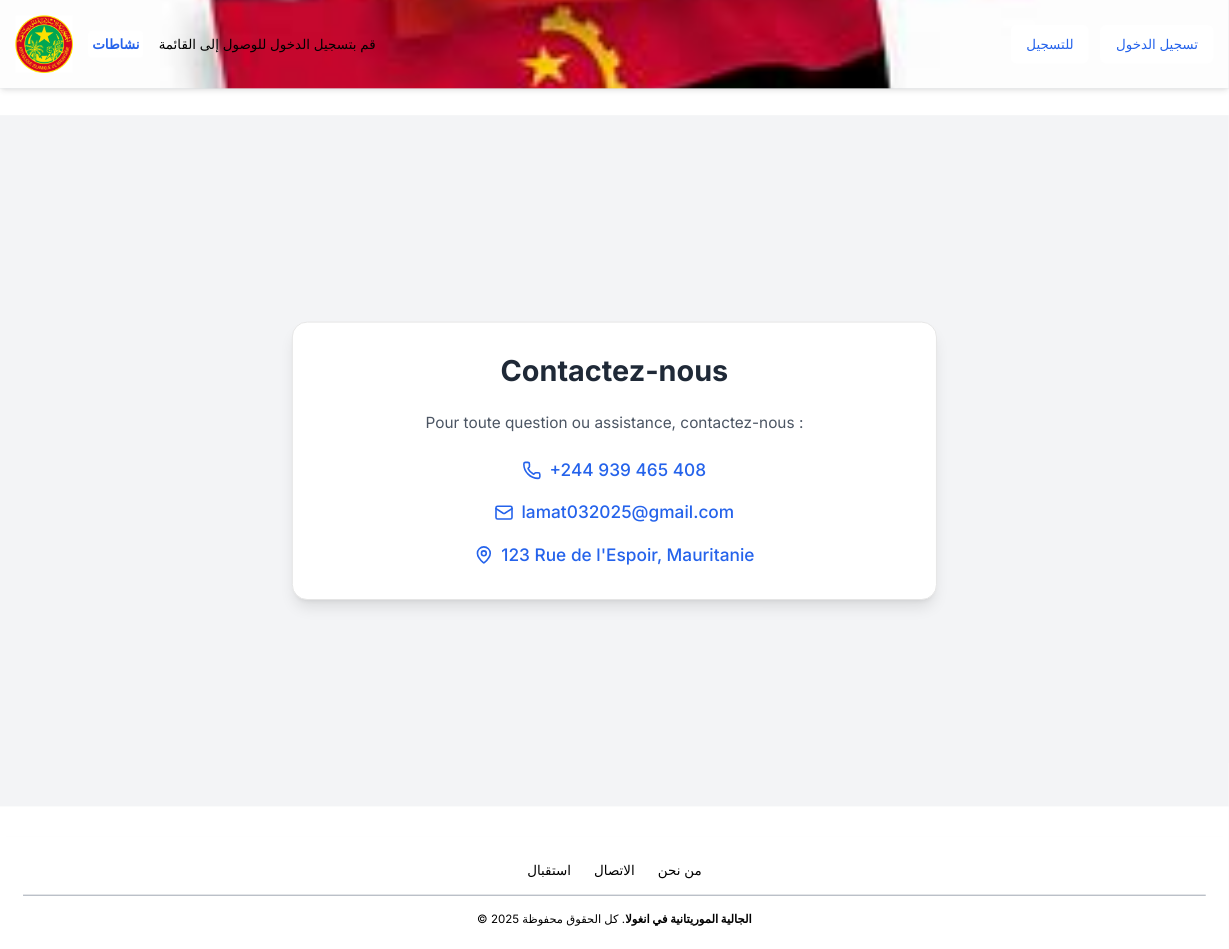
Repository: lamatmed/cmra
Page: /contact
The author's editor kept a copy of each file at every save. The page is drawn from the files as they stood at one save, then again after the next save.
The browser window is 1280 px wide. The pictures show the whole page, at 96% of full size.
The project was rebuilt for these pictures with package versions that can differ from the ones it lists, and the page was loaded fresh each time. The framework's server and built-in components were replaced by stand-ins that run in the browser. Also part of the build but not shown: next.config.js, components/ui/dropdown-menu.tsx.

Above is the page before, as saved 2025-04-12 20:02:22.

### app/layout.tsx
import "./globals.css";
import type { Metadata } from "next";
import { Inter } from "next/font/google";
import { AuthProvider } from "@/components/AuthContext";
import NavBar from "@/components/NavBar";
import { Toaster } from "@/components/ui/toaster";
import Footer from "@/components/Footer";

const inter = Inter({ subsets: ["latin"] });

export const metadata: Metadata = {
  title: "الجالية الموريتانية في انغولا",
  description: "Application",
  icons: "/logo.png",
};

export default function RootLayout({
  children,
}: {
  children: React.ReactNode;
}) {
  return (
    <html lang="fr" className={inter.className} suppressHydrationWarning>
      <body className="flex flex-col min-h-screen">
        <AuthProvider>
          <NavBar />
          <main className="flex-grow mt-7">{children}</main>
          <Footer />
        </AuthProvider>
        <Toaster /> {/* Placer Toaster en dehors d'AuthProvider pour éviter sa réinitialisation */}
      </body>
    </html>
  );
}

### app/contact/page.tsx
"use client";

import { motion } from "framer-motion";
import { Mail, MapPin, Phone } from "lucide-react";
import { Card, CardContent } from "@/components/ui/card";

const Contact = () => {
  return (
    <motion.div
      initial={{ opacity: 0, y: 20 }}
      animate={{ opacity: 1, y: 0 }}
      transition={{ duration: 0.6 }}
      className="flex justify-center items-center min-h-screen bg-gray-100 px-4"
    >
      <Card className="w-full max-w-2xl shadow-lg rounded-2xl overflow-hidden">
        <CardContent className="p-8">
          <h1 className="text-3xl font-bold text-gray-800 mb-6 text-center">Contactez-nous</h1>
          <p className="text-gray-600 text-center mb-6">
            Pour toute question ou assistance, contactez-nous :
          </p>

          <div className="space-y-4 text-center">
            <p className="flex items-center justify-center text-lg font-medium text-gray-800">
              <Phone className="w-5 h-5 text-blue-600 mr-2" />
              <span className="text-blue-600">+244 939 465 408</span>
            </p>
            <p className="flex items-center justify-center text-lg font-medium text-gray-800">
              <Mail className="w-5 h-5 text-blue-600 mr-2" />
              <span className="text-blue-600">lamat032025@gmail.com</span>
            </p>
            <p className="flex items-center justify-center text-lg font-medium text-gray-800">
              <MapPin className="w-5 h-5 text-blue-600 mr-2" />
              <span className="text-blue-600">123 Rue de l&apos;Espoir, Mauritanie</span>
            </p>
          </div>
        </CardContent>
      </Card>
    </motion.div>
  );
};

export default Contact;

### components/AuthContext.tsx
"use client";

import { createContext, useState, useEffect, useCallback } from "react";

interface User {
  nni: string;
  id: string;
  name: string;
  role: string;
  photo: string| undefined;
  address: string| undefined;
  job:  string| undefined;
  domain : string| undefined;
  cv: string| undefined
}

interface AuthContextType {
  user: User | null;
  isAuthenticated: boolean;
  login: (token: string) => void;
  logout: () => void;
}

export const AuthContext = createContext<AuthContextType | null>(null);

export function AuthProvider({ children }: { children: React.ReactNode }) {
  const [user, setUser] = useState<User | null>(null);
  const [isAuthenticated, setIsAuthenticated] = useState(false);

  // ✅ `fetchUser` est maintenant stable grâce à `useCallback`
  const fetchUser = useCallback((token: string) => {
    console.log("🔍 Envoi du token pour récupération de l'utilisateur...");

    fetch("/api/me", {
      headers: { Authorization: `Bearer ${token}` },
    })
      .then((res) => res.json())
      .then((data) => {
        console.log("🔍 Réponse API:", data);
        if (data.user) {
          setUser(data.user);
          setIsAuthenticated(true);
        } else {
          throw new Error("Utilisateur non trouvé");
        }
      })
      .catch((error) => {
        console.log("❌ Erreur lors de la récupération de l'utilisateur:", error);
        logout(); // Un seul appel ici
      });
  }, []);


  useEffect(() => {
    const token = localStorage.getItem("token");
    if (token) {
      fetchUser(token); // ✅ Plus de warning
    }
  }, [fetchUser]); // ✅ fetchUser est maintenant stable

  function login(token: string) {
    console.log("✅ Connexion réussie, stockage du token...");
    localStorage.setItem("token", token);
    fetchUser(token);
  }

  function logout() {
    console.log("🚪 Déconnexion, suppression du token...");
    localStorage.removeItem("token");
    setUser(null);
    setIsAuthenticated(false);
  }

  return (
    <AuthContext.Provider value={{ user, isAuthenticated, login, logout }}>
      {children}
    </AuthContext.Provider>
  );
}

### components/ui/toaster.tsx
'use client';

import { useToast } from '@/hooks/use-toast';
import {
  Toast,
  ToastClose,
  ToastDescription,
  ToastProvider,
  ToastTitle,
  ToastViewport,
} from '@/components/ui/toast';

export function Toaster() {
  const { toasts } = useToast();

  return (
    <ToastProvider>
      {toasts.map(function ({ id, title, description, action, ...props }) {
        return (
          <Toast key={id} {...props}>
            <div className="grid gap-1">
              {title && <ToastTitle>{title}</ToastTitle>}
              {description && (
                <ToastDescription>{description}</ToastDescription>
              )}
            </div>
            {action}
            <ToastClose />
          </Toast>
        );
      })}
      <ToastViewport />
    </ToastProvider>
  );
}

### components/Footer.tsx
"use client";

import Link from "next/link";
import { motion } from "framer-motion";

const Footer = () => {
  return (
    <motion.footer
      initial={{ opacity: 0, y: 20 }}
      animate={{ opacity: 1, y: 0 }}
      transition={{ duration: 0.6 }}
      className="w-full py-6 bg-gradient-to-r from-gray-900 to-gray-700 text-white shadow-md mt-8"
      style={{
        backgroundImage: "url('/')", // Remplace par ton image
        backgroundSize: "cover",
        backgroundPosition: "center",
      }}
    >
      <div className="container mx-auto px-6 max-w-7xl text-center">
        {/* Liens rapides */}
        <nav className="mb-4 flex justify-center space-x-6 bg-white text-black">
          <Link href="/" className="text-sm hover:bg-blue-400 transition ">
            استقبال
          </Link>
          <Link
            href="/contact"
            className="text-sm hover:text-blue-900transition hover:bg-blue-400 "
          >
            الاتصال
          </Link>
          <Link
            href="/about"
            className="text-sm hover:bg-blue-400 transition"
          >
            من نحن
          </Link>
        </nav>

        {/* Copyright */}
        <div className="border-t border-gray-400 pt-4 text-center px-2 sm:px-4">
          <p className="text-[10px] sm:text-xs text-black whitespace-nowrap bg-white">
            © {new Date().getFullYear()}{" "}
            <span className="font-bold">الجالية الموريتانية في انغولا</span>
            . كل الحقوق محفوظة
          </p>
        </div>
      </div>
    </motion.footer>
  );
};

export default Footer;

### components/ui/card.tsx
import * as React from 'react';

import { cn } from '@/lib/utils';

const Card = React.forwardRef<
  HTMLDivElement,
  React.HTMLAttributes<HTMLDivElement>
>(({ className, ...props }, ref) => (
  <div
    ref={ref}
    className={cn(
      'rounded-lg border bg-card text-card-foreground shadow-sm',
      className
    )}
    {...props}
  />
));
Card.displayName = 'Card';

const CardHeader = React.forwardRef<
  HTMLDivElement,
  React.HTMLAttributes<HTMLDivElement>
>(({ className, ...props }, ref) => (
  <div
    ref={ref}
    className={cn('flex flex-col space-y-1.5 p-6', className)}
    {...props}
  />
));
CardHeader.displayName = 'CardHeader';

const CardTitle = React.forwardRef<
  HTMLParagraphElement,
  React.HTMLAttributes<HTMLHeadingElement>
>(({ className, ...props }, ref) => (
  <h3
    ref={ref}
    className={cn(
      'text-2xl font-semibold leading-none tracking-tight',
      className
    )}
    {...props}
  />
));
CardTitle.displayName = 'CardTitle';

const CardDescription = React.forwardRef<
  HTMLParagraphElement,
  React.HTMLAttributes<HTMLParagraphElement>
>(({ className, ...props }, ref) => (
  <p
    ref={ref}
    className={cn('text-sm text-muted-foreground', className)}
    {...props}
  />
));
CardDescription.displayName = 'CardDescription';

const CardContent = React.forwardRef<
  HTMLDivElement,
  React.HTMLAttributes<HTMLDivElement>
>(({ className, ...props }, ref) => (
  <div ref={ref} className={cn('p-6 pt-0', className)} {...props} />
));
CardContent.displayName = 'CardContent';

const CardFooter = React.forwardRef<
  HTMLDivElement,
  React.HTMLAttributes<HTMLDivElement>
>(({ className, ...props }, ref) => (
  <div
    ref={ref}
    className={cn('flex items-center p-6 pt-0', className)}
    {...props}
  />
));
CardFooter.displayName = 'CardFooter';

export {
  Card,
  CardHeader,
  CardFooter,
  CardTitle,
  CardDescription,
  CardContent,
};

### components/ui/button.tsx
import * as React from 'react';
import { Slot } from '@radix-ui/react-slot';
import { cva, type VariantProps } from 'class-variance-authority';

import { cn } from '@/lib/utils';

const buttonVariants = cva(
  'inline-flex items-center justify-center whitespace-nowrap rounded-md text-sm font-medium ring-offset-background transition-colors focus-visible:outline-none focus-visible:ring-2 focus-visible:ring-ring focus-visible:ring-offset-2 disabled:pointer-events-none disabled:opacity-50',
  {
    variants: {
      variant: {
        default: 'bg-primary text-primary-foreground hover:bg-primary/90',
        destructive:
          'bg-destructive text-destructive-foreground hover:bg-destructive/90',
        outline:
          'border border-input bg-background hover:bg-accent hover:text-accent-foreground',
        secondary:
          'bg-secondary text-secondary-foreground hover:bg-secondary/80',
        ghost: 'hover:bg-accent hover:text-accent-foreground',
        link: 'text-primary underline-offset-4 hover:underline',
      },
      size: {
        default: 'h-10 px-4 py-2',
        sm: 'h-9 rounded-md px-3',
        lg: 'h-11 rounded-md px-8',
        icon: 'h-10 w-10',
      },
    },
    defaultVariants: {
      variant: 'default',
      size: 'default',
    },
  }
);

export interface ButtonProps
  extends React.ButtonHTMLAttributes<HTMLButtonElement>,
    VariantProps<typeof buttonVariants> {
  asChild?: boolean;
}

const Button = React.forwardRef<HTMLButtonElement, ButtonProps>(
  ({ className, variant, size, asChild = false, ...props }, ref) => {
    const Comp = asChild ? Slot : 'button';
    return (
      <Comp
        className={cn(buttonVariants({ variant, size, className }))}
        ref={ref}
        {...props}
      />
    );
  }
);
Button.displayName = 'Button';

export { Button, buttonVariants };

### components/main-nav.tsx
"use client"

import Link from "next/link"
import { usePathname } from "next/navigation"
import { useContext } from "react"
import { AuthContext } from "@/components/AuthContext"
import { cn } from "@/lib/utils"
import {
  Users,
  Clipboard,
  ComputerIcon ,
  LayoutDashboard
} from "lucide-react"

type NavigationItem = {
  name: string;
  href: string;
  icon: React.ComponentType<any>;
}

type Navigation = {
  ADMIN: NavigationItem[];
  USER: NavigationItem[];

}

const navigation: Navigation = {
  ADMIN: [
    { name: "لوحه القياده", href: "/dashboard", icon: LayoutDashboard },

    { name: "مساحتي", href: "/dashboard/espace-user", icon: ComputerIcon},
    { name: "اعضاء", href: "/dashboard/users", icon: Users },
    { name: "انتخاب", href: "/dashboard/config-vote", icon: Clipboard },
  ],
  USER: [
    { name: "لوحه القياده", href: "/dashboard", icon: LayoutDashboard },
    { name: "مساحتي", href: "/dashboard/espace-user", icon: Users },

  ],

}

export function MainNav() {
  const pathname = usePathname()
  const { user, isAuthenticated } = useContext(AuthContext)!;

  // Vérifier le rôle de l'utilisateur
  const userRole = user?.role || "USER";
  const allowedNavigation = navigation[userRole as keyof Navigation] || navigation.USER;

  return (
    <nav className="flex flex-col md:flex-row items-center md:space-x-6 space-y-2 md:space-y-0">
      {isAuthenticated && user ? (
        allowedNavigation.map((item) => {
          const Icon = item.icon
          const isActive = pathname === item.href

          return (
            <Link
              key={item.href}
              href={item.href}
              className={cn(
                "flex items-center text-sm font-medium transition-colors duration-200 px-4 py-2 rounded-lg w-full md:w-auto",
                isActive
                  ? "text-blue-600 bg-gray-100 md:border-b-2 border-blue-600"
                  : "text-gray-700 bg-white hover:text-blue-500 hover:bg-gray-100"
              )}
            >
              <Icon className="mr-2 h-5 w-5" />
              {item.name}
            </Link>
          )
        })
      ) : (
          <span className="text-black text-sm">قم بتسجيل الدخول للوصول إلى القائمة</span>
      )}
    </nav>
  )
}

### hooks/use-toast.ts
'use client';

import { ToastActionElement, ToastProps } from '@/components/ui/toast';
// Inspired by react-hot-toast library
import * as React from 'react';



const TOAST_LIMIT = 1;
const TOAST_REMOVE_DELAY = 1000000;

type ToasterToast = ToastProps& {
  id: string;
  title?: React.ReactNode;
  description?: React.ReactNode;
  action?: ToastActionElement;
};

const actionTypes = {
  ADD_TOAST: 'ADD_TOAST',
  UPDATE_TOAST: 'UPDATE_TOAST',
  DISMISS_TOAST: 'DISMISS_TOAST',
  REMOVE_TOAST: 'REMOVE_TOAST',
} as const;

let count = 0;

function genId() {
  count = (count + 1) % Number.MAX_SAFE_INTEGER;
  return count.toString();
}

type ActionType = typeof actionTypes;

type Action =
  | {
      type: ActionType['ADD_TOAST'];
      toast: ToasterToast;
    }
  | {
      type: ActionType['UPDATE_TOAST'];
      toast: Partial<ToasterToast>;
    }
  | {
      type: ActionType['DISMISS_TOAST'];
      toastId?: ToasterToast['id'];
    }
  | {
      type: ActionType['REMOVE_TOAST'];
      toastId?: ToasterToast['id'];
    };

interface State {
  toasts: ToasterToast[];
}

const toastTimeouts = new Map<string, ReturnType<typeof setTimeout>>();

const addToRemoveQueue = (toastId: string) => {
  if (toastTimeouts.has(toastId)) {
    return;
  }

  const timeout = setTimeout(() => {
    toastTimeouts.delete(toastId);
    dispatch({
      type: 'REMOVE_TOAST',
      toastId: toastId,
    });
  }, TOAST_REMOVE_DELAY);

  toastTimeouts.set(toastId, timeout);
};

export const reducer = (state: State, action: Action): State => {
  switch (action.type) {
    case 'ADD_TOAST':
      return {
        ...state,
        toasts: [action.toast, ...state.toasts].slice(0, TOAST_LIMIT),
      };

    case 'UPDATE_TOAST':
      return {
        ...state,
        toasts: state.toasts.map((t) =>
          t.id === action.toast.id ? { ...t, ...action.toast } : t
        ),
      };

    case 'DISMISS_TOAST': {
      const { toastId } = action;

      // ! Side effects ! - This could be extracted into a dismissToast() action,
      // but I'll keep it here for simplicity
      if (toastId) {
        addToRemoveQueue(toastId);
      } else {
        state.toasts.forEach((toast) => {
          addToRemoveQueue(toast.id);
        });
      }

      return {
        ...state,
        toasts: state.toasts.map((t) =>
          t.id === toastId || toastId === undefined
            ? {
                ...t,
                open: false,
              }
            : t
        ),
      };
    }
    case 'REMOVE_TOAST':
      if (action.toastId === undefined) {
        return {
          ...state,
          toasts: [],
        };
      }
      return {
        ...state,
        toasts: state.toasts.filter((t) => t.id !== action.toastId),
      };
  }
};

const listeners: Array<(state: State) => void> = [];

let memoryState: State = { toasts: [] };

function dispatch(action: Action) {
  memoryState = reducer(memoryState, action);
  listeners.forEach((listener) => {
    listener(memoryState);
  });
}

type Toast = Omit<ToasterToast, 'id'>;

function toast({ ...props }: Toast) {
  const id = genId();

  const update = (props: ToasterToast) =>
    dispatch({
      type: 'UPDATE_TOAST',
      toast: { ...props, id },
    });
  const dismiss = () => dispatch({ type: 'DISMISS_TOAST', toastId: id });

  dispatch({
    type: 'ADD_TOAST',
    toast: {
      ...props,
      id,
      open: true,
      onOpenChange: (open) => {
        if (!open) dismiss();
      },
    },
  });

  return {
    id: id,
    dismiss,
    update,
  };
}

function useToast() {
  const [state, setState] = React.useState<State>(memoryState);

  React.useEffect(() => {
    listeners.push(setState);
    return () => {
      const index = listeners.indexOf(setState);
      if (index > -1) {
        listeners.splice(index, 1);
      }
    };
  }, [state]);

  return {
    ...state,
    toast,
    dismiss: (toastId?: string) => dispatch({ type: 'DISMISS_TOAST', toastId }),
  };
}

export { useToast, toast };

Loaded but not shown: app/globals.css (common file); lib/utils.ts (common file); tailwind.config.ts (common file); components/NavBar.tsx (166 lines, source omitted); components/ui/toast.tsx (129 lines, source omitted)

After the next save:
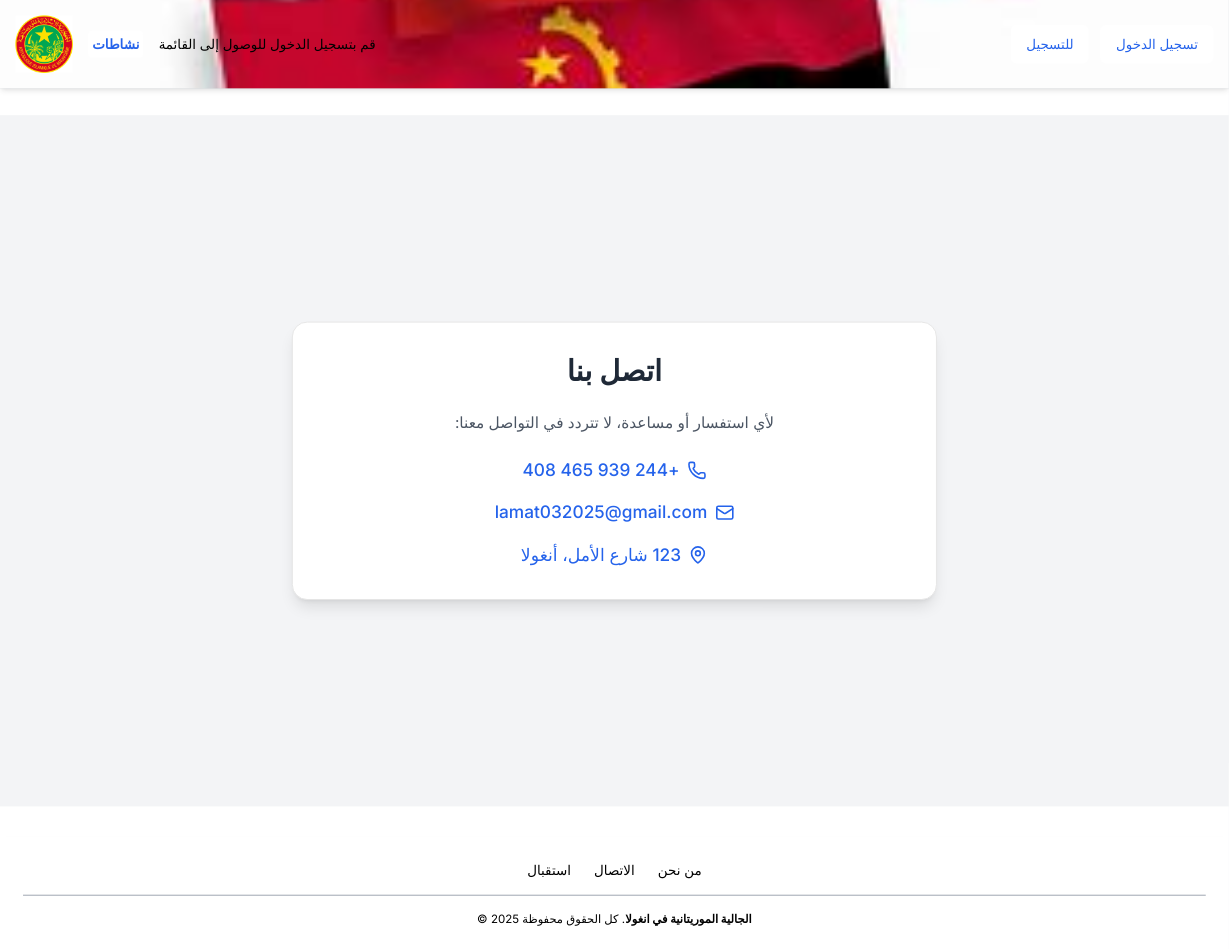
Saved 82 s later.
--- a/app/contact/page.tsx
+++ b/app/contact/page.tsx
@@ -11,26 +11,27 @@
       animate={{ opacity: 1, y: 0 }}
       transition={{ duration: 0.6 }}
       className="flex justify-center items-center min-h-screen bg-gray-100 px-4"
+      dir="rtl"
     >
       <Card className="w-full max-w-2xl shadow-lg rounded-2xl overflow-hidden">
         <CardContent className="p-8">
-          <h1 className="text-3xl font-bold text-gray-800 mb-6 text-center">Contactez-nous</h1>
+          <h1 className="text-3xl font-bold text-gray-800 mb-6 text-center">اتصل بنا</h1>
           <p className="text-gray-600 text-center mb-6">
-            Pour toute question ou assistance, contactez-nous :
+            لأي استفسار أو مساعدة، لا تتردد في التواصل معنا:
           </p>
 
           <div className="space-y-4 text-center">
             <p className="flex items-center justify-center text-lg font-medium text-gray-800">
-              <Phone className="w-5 h-5 text-blue-600 mr-2" />
+              <Phone className="w-5 h-5 text-blue-600 ml-2" />
               <span className="text-blue-600">+244 939 465 408</span>
             </p>
             <p className="flex items-center justify-center text-lg font-medium text-gray-800">
-              <Mail className="w-5 h-5 text-blue-600 mr-2" />
+              <Mail className="w-5 h-5 text-blue-600 ml-2" />
               <span className="text-blue-600">lamat032025@gmail.com</span>
             </p>
             <p className="flex items-center justify-center text-lg font-medium text-gray-800">
-              <MapPin className="w-5 h-5 text-blue-600 mr-2" />
-              <span className="text-blue-600">123 Rue de l&apos;Espoir, Mauritanie</span>
+              <MapPin className="w-5 h-5 text-blue-600 ml-2" />
+              <span className="text-blue-600">123 شارع الأمل، أنغولا</span>
             </p>
           </div>
         </CardContent>
